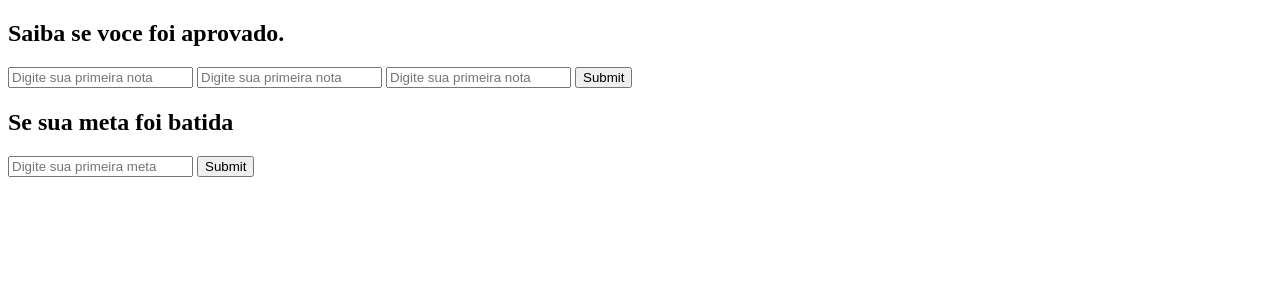
Repository: Fablilsonoliver/logica1
Page: index.html
An editor plug-in stored every save of this project. The page is shown before and after the next save, followed by the edit.
The browser window is 1280 px wide. The pictures show the whole page.

Above is the page before, as saved 2025-04-30 10:39:28.

### index.html
<!DOCTYPE html>
<html lang="en">
<head>
    <meta charset="UTF-8">
    <meta name="viewport" content="width=device-width, initial-scale=1.0">
    <title>Document</title>
</head>
<body>
 <div>
    <h2>Saiba se voce foi aprovado.</h2>
    <input type="Number" id="nota1" placeholder="Digite sua primeira nota"/>
    <input type="Number" id="nota2" placeholder="Digite sua primeira nota"/>
    <input type="Number" id="nota3" placeholder="Digite sua primeira nota"/>
    <input type="submit" ondblclick="classificacao()"/>
    <h4 id="resultadoFinal"></h4>

    <div>
        <h2> Se sua meta foi batida</h2>
        <input type="Number" id="dia1" placeholder="Digite sua primeira meta"/>
        <input type="submit" ondblclick="classificacao()"/>
    </div>

 </div>
   <script src="app.js"></script>
</body>
</html>

### app.js
function classificacao() {
    const nota1 = Number(document.getElementById("nota1").value);
    const nota2 = Number(document.getElementById("nota2").value);
    const nota3 = Number(document.getElementById("nota3").value);
    const resultadoFinal = document.getElementById("resultadoFinal");
    let aprovacao;

    const media = (nota1 + nota2 + nota3)/3;
    if (nota1 > 10 || nota2 > 10 || nota3 > 10 || nota1 < 0 || nota2 < 0 || nota3 < 0
        || isNaN(nota1) || isNaN(nota2) || isNaN(nota3)) {
        alert("Digite uma nota válida!");
    } else {

    aprovacao = media > 7 ? "Aprovado!" : "Reprovado.";
    resultadoFinal.innerHTML = `A sua media foi de ${media.toFixed(2)}. ${aprovacao}`
    }
}


function meta() {
    const dia1 = Number (document.getElementById("dia1").value)
    const dia2 = Number (document.getElementById("dia2").value)
    const dia3 = Number (document.getElementById("dia3").value)
    const resultadoFinal = document.getElementById("resultdoMeta");
}

After the next save:
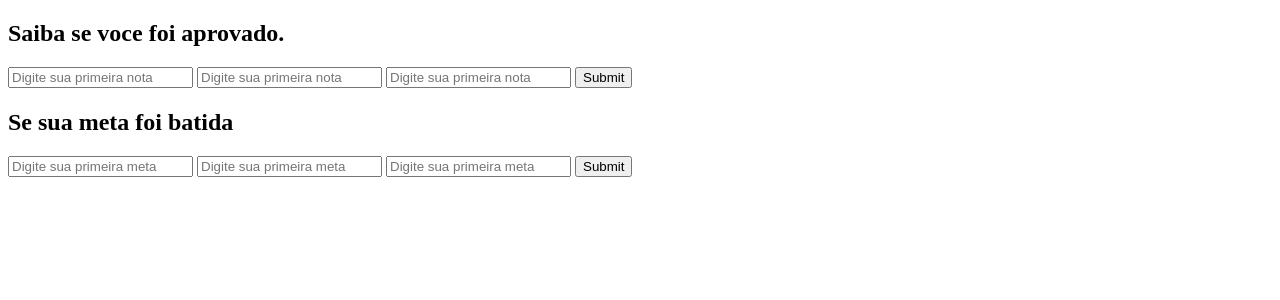
Saved 41 s later.
--- a/index.html
+++ b/index.html
@@ -17,6 +17,8 @@
     <div>
         <h2> Se sua meta foi batida</h2>
         <input type="Number" id="dia1" placeholder="Digite sua primeira meta"/>
+        <input type="Number" id="dia1" placeholder="Digite sua primeira meta"/>
+        <input type="Number" id="dia1" placeholder="Digite sua primeira meta"/>
         <input type="submit" ondblclick="classificacao()"/>
     </div>
 
